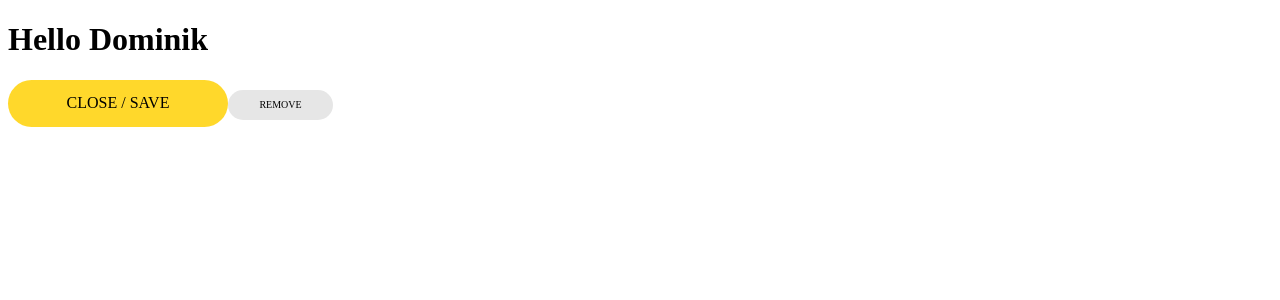
Repository: K009/entertainment-you-need
Page: /
An editor plug-in stored every save of this project. The page is shown before and after the next save, followed by the edit.
The browser window is 1280 px wide. The pictures show the whole page.
The project was rebuilt for these pictures with package versions that can differ from the ones it lists, and the page was loaded fresh each time.

Above is the page before, as saved 2020-06-26 14:52:12.

After the next save:
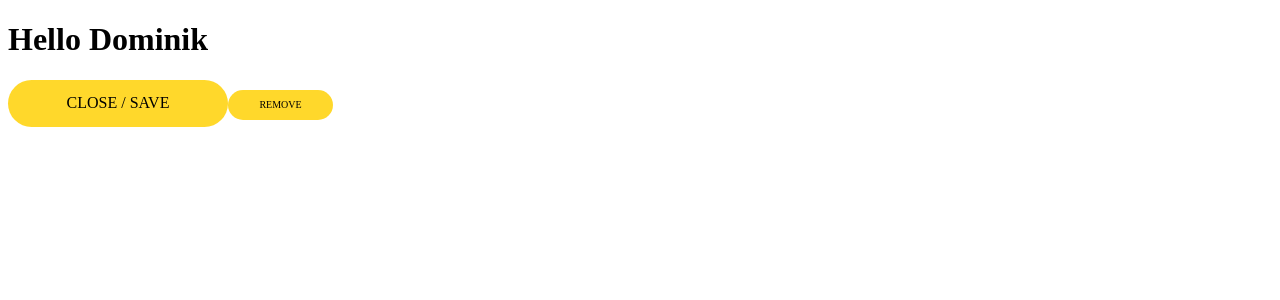
Saved 38 s later.
--- a/src/components/Button/Button.js
+++ b/src/components/Button/Button.js
@@ -16,7 +16,14 @@ const Button = styled.button`
 
   ${(
     { secondary }, //jesli pierwsza i druga jest prawdziwa zwraca zawartosc drugiej
-  ) => secondary && css``}
+  ) =>
+    secondary &&
+    css`
+      background-color: #ffd82b;
+      width: 105px;
+      height: 30px;
+      font-size: 10px;
+    `}
 `;
 
 export default Button;
